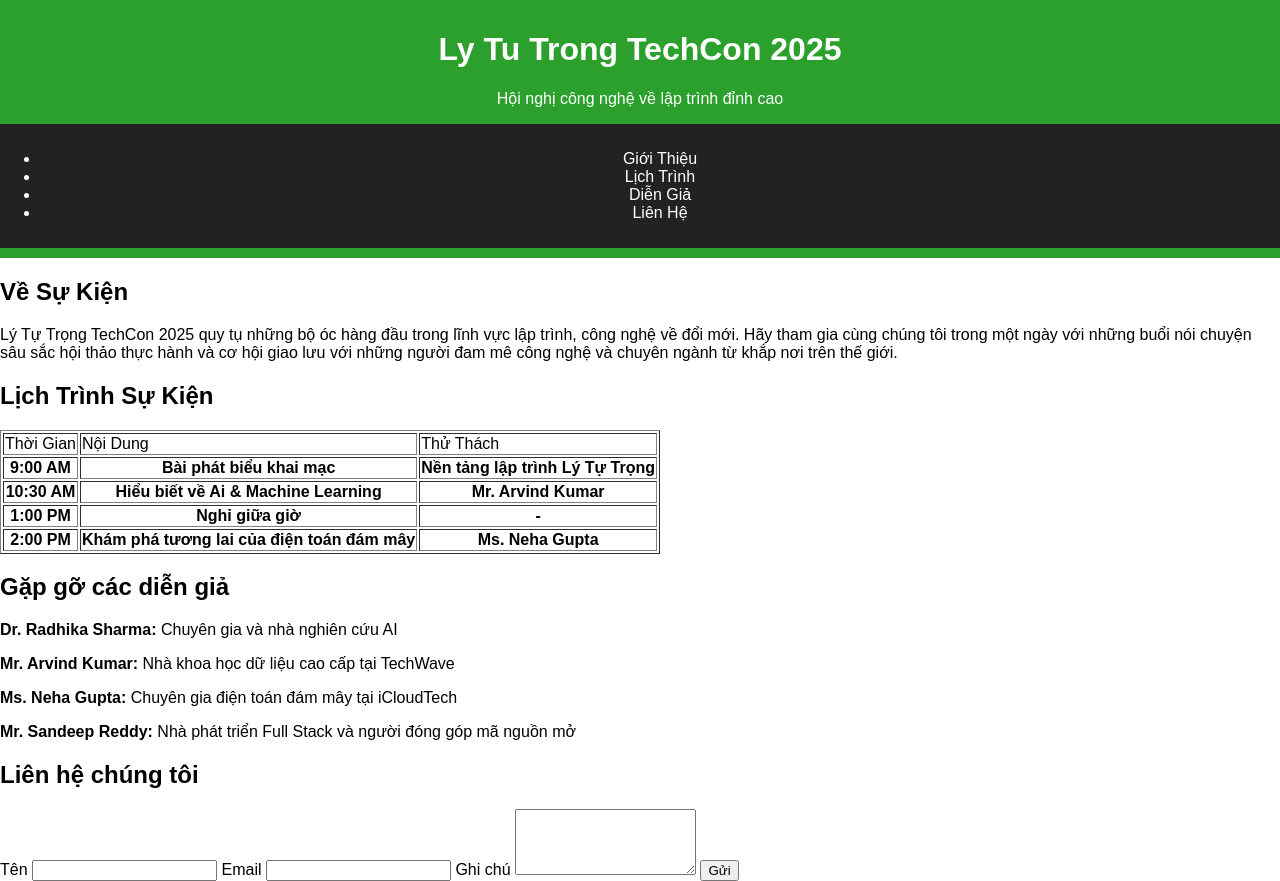
Repository: NhatMinh121/BaiTapVeNha1
Page: index.html
These files come from the project's save history. The page is drawn as it stood at one moment and after the next save; the edit follows.
The browser window is 1280 px wide. The pictures show the whole page.

Above is the page before, as saved 2025-03-28 22:47:18.

After the next save:
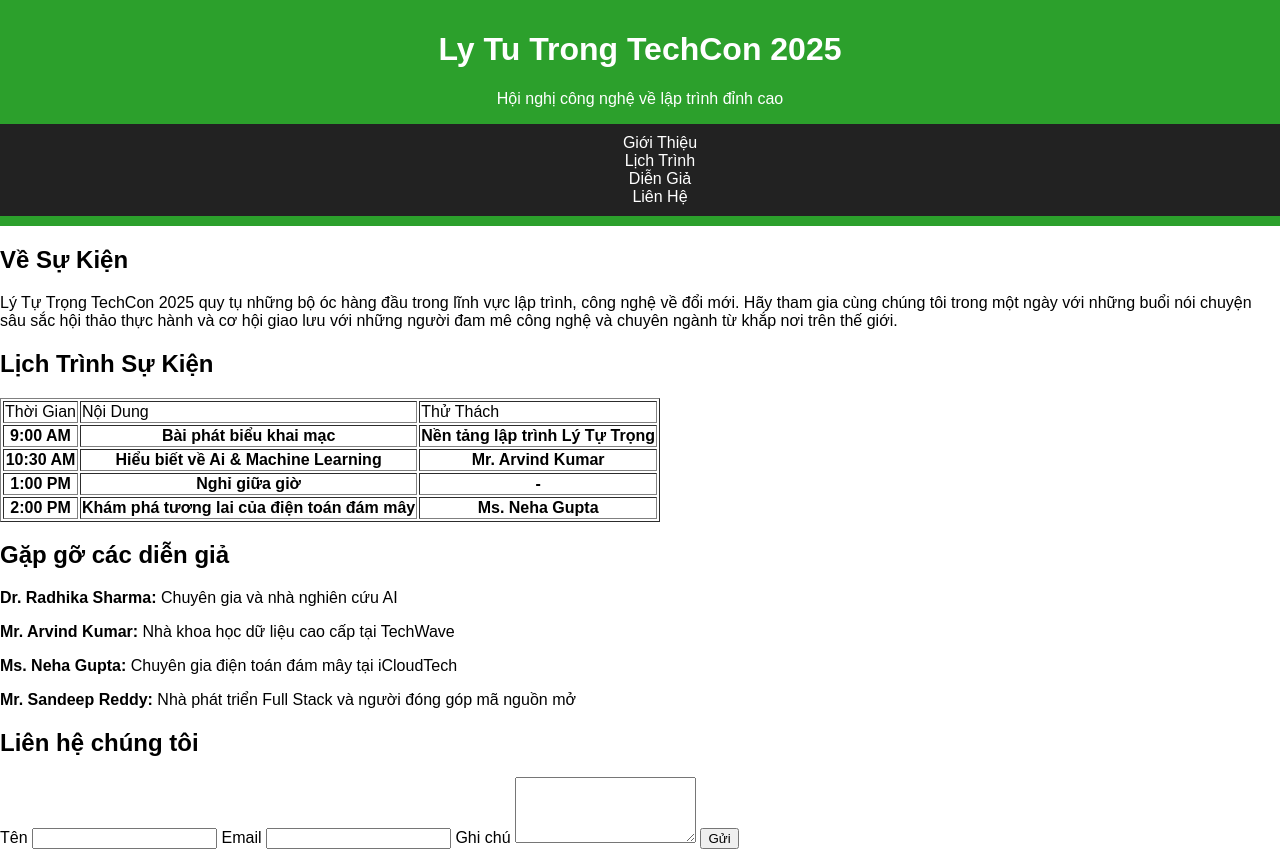
Saved 30 s later.
--- a/style.css
+++ b/style.css
@@ -18,7 +18,7 @@
     padding: 10px 0;
 }
 
-.menu.ul {
+.menu ul {
     list-style: none;
     display: inline-block;
     margin: 0 15px;
